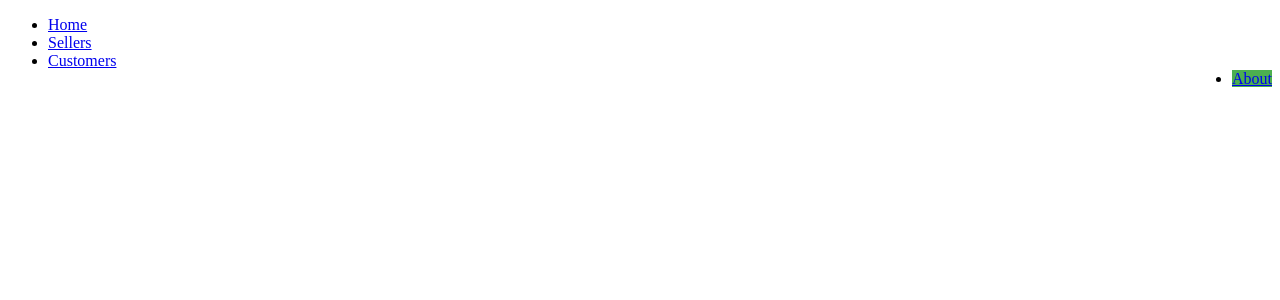
Repository: saikrishnaDsk/DelNex4D
Page: http://localhost/sprhibboot/views/home.jsp
The author's editor kept a copy of each file at every save. The page is drawn from the files as they stood at one save, then again after the next save.
The browser window is 1280 px wide. The pictures show the whole page.
The page is served by Tomcat 9. Other server files are loaded and not shown.

Above is the page before, as saved 2020-01-15 05:25:52.

### Finalapplication/sprhibboot/src/main/webapp/views/home.jsp
<%@ page language="java" contentType="text/html; charset=ISO-8859-1"
    pageEncoding="ISO-8859-1"%>
<!DOCTYPE html>
<html>
<head>
<meta charset="ISO-8859-1">
<title>Insert title here</title>

<style>
.active {
  background-color: #4CAF50;
}

</style>
</head>
<body>
<ul>
  <li><a href="#home">Home</a></li>
  <li><a href="SellersSignup.jsp">Sellers</a></li>
  <li><a href="CustomersSignup.jsp">Customers</a></li>
  <li style="float:right"><a class="active" href="#about">About</a></li>
</ul>

</body>
</html>

After the next save:
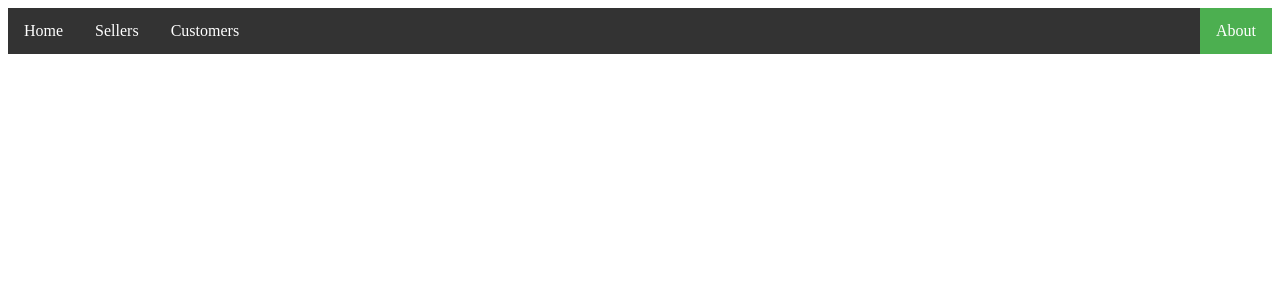
Saved 44 s later.
--- a/Finalapplication/sprhibboot/src/main/webapp/views/home.jsp
+++ b/Finalapplication/sprhibboot/src/main/webapp/views/home.jsp
@@ -10,7 +10,29 @@
 .active {
   background-color: #4CAF50;
 }
+ul {
+  list-style-type: none;
+  margin: 0;
+  padding: 0;
+  overflow: hidden;
+  background-color: #333;
+}
 
+li {
+  float: left;
+}
+
+li a {
+  display: block;
+  color: white;
+  text-align: center;
+  padding: 14px 16px;
+  text-decoration: none;
+}
+
+li a:hover:not(.active) {
+  background-color: #111;
+}
 </style>
 </head>
 <body>
